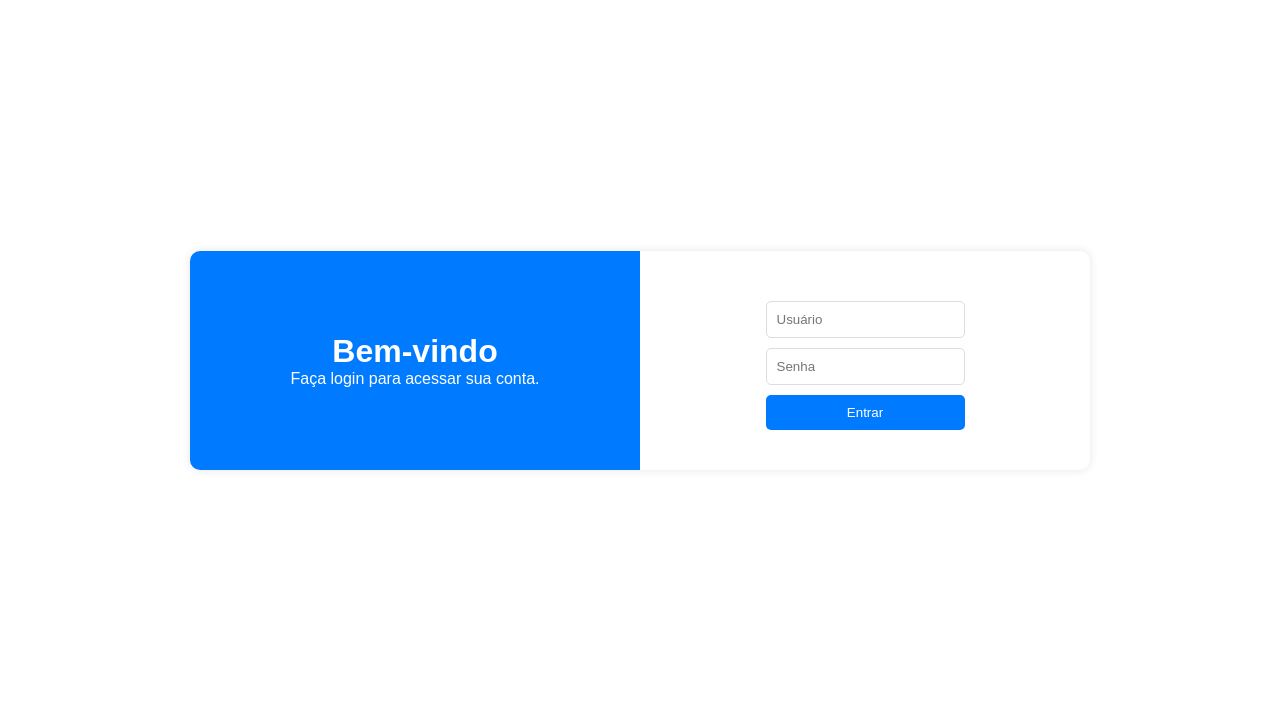
Repository: joao-paulo-paiva/tela-login
Page: index.html
These files come from the project's save history. The page is drawn as it stood at one moment and after a run of saves; the edit follows.
The browser window is 1280 px wide. The pictures show the whole page.

Above is the page before, as saved 2025-04-15 10:42:00.

After the next 6 saves:
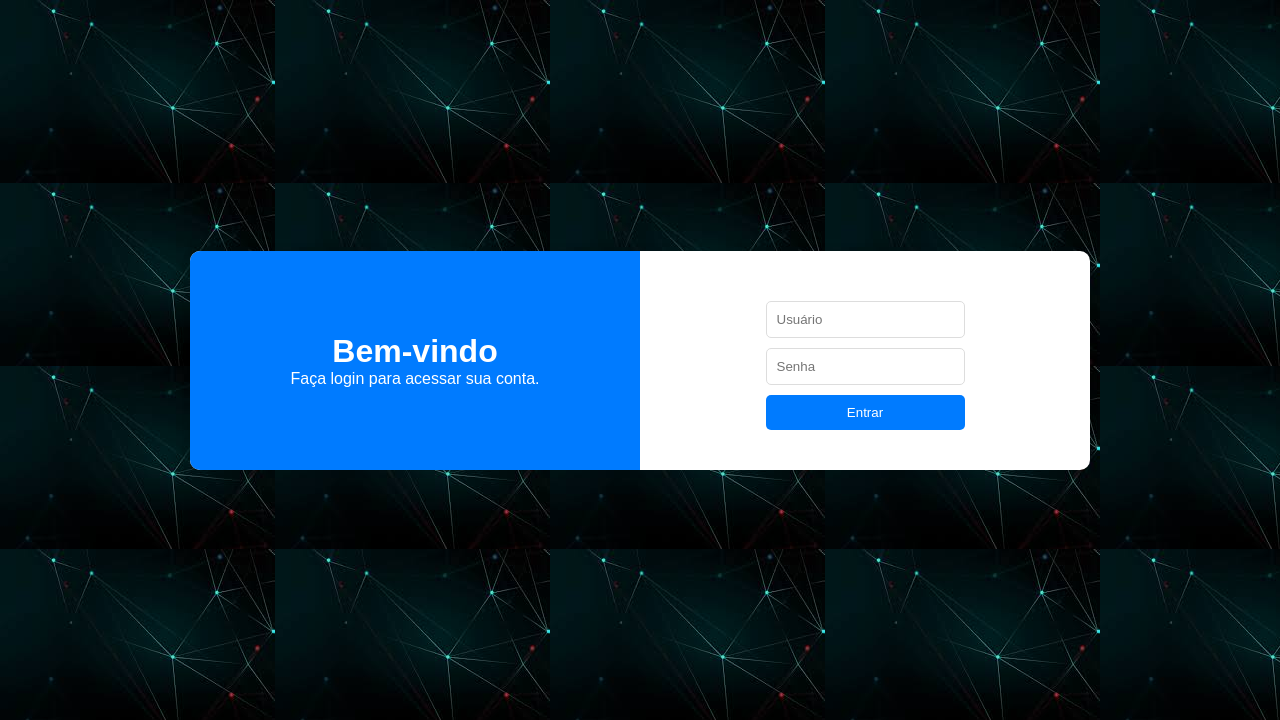
The 6 saves are shown as one change because they came seconds apart.
The last was saved 43 s later.
--- a/style.css
+++ b/style.css
@@ -10,7 +10,7 @@ body {
     justify-content: center;
     align-items: center;
     height: 100vh;
-    ba
+    background-image: url(./imagens/fundo-site.jfif);
 }
 
 .container {
